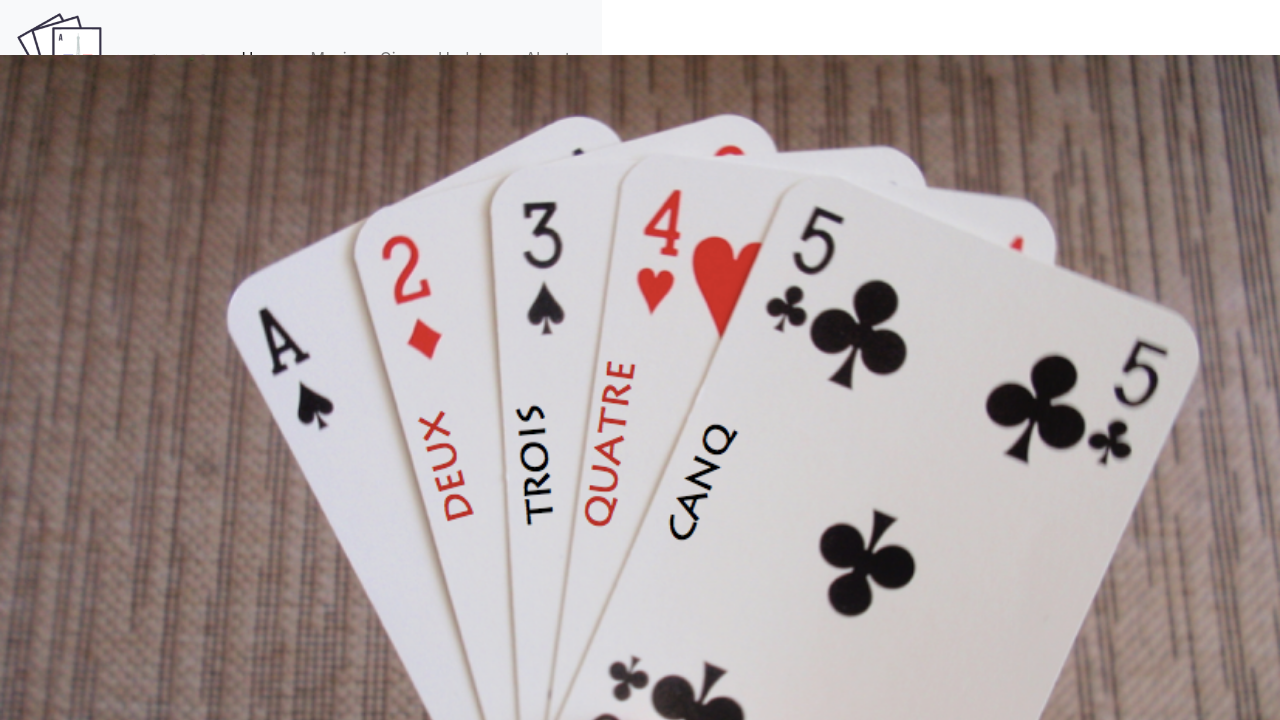
Repository: farahroslend/memofrancais
Page: landingPage.html
The author's editor kept a record of every edit. The page is drawn from the files as they stood at one moment, then again after the next edit.
The browser window is 1280 px wide. The pictures show the whole page.

Above is the page before.
Not found: css/styler.css

After the next edit:
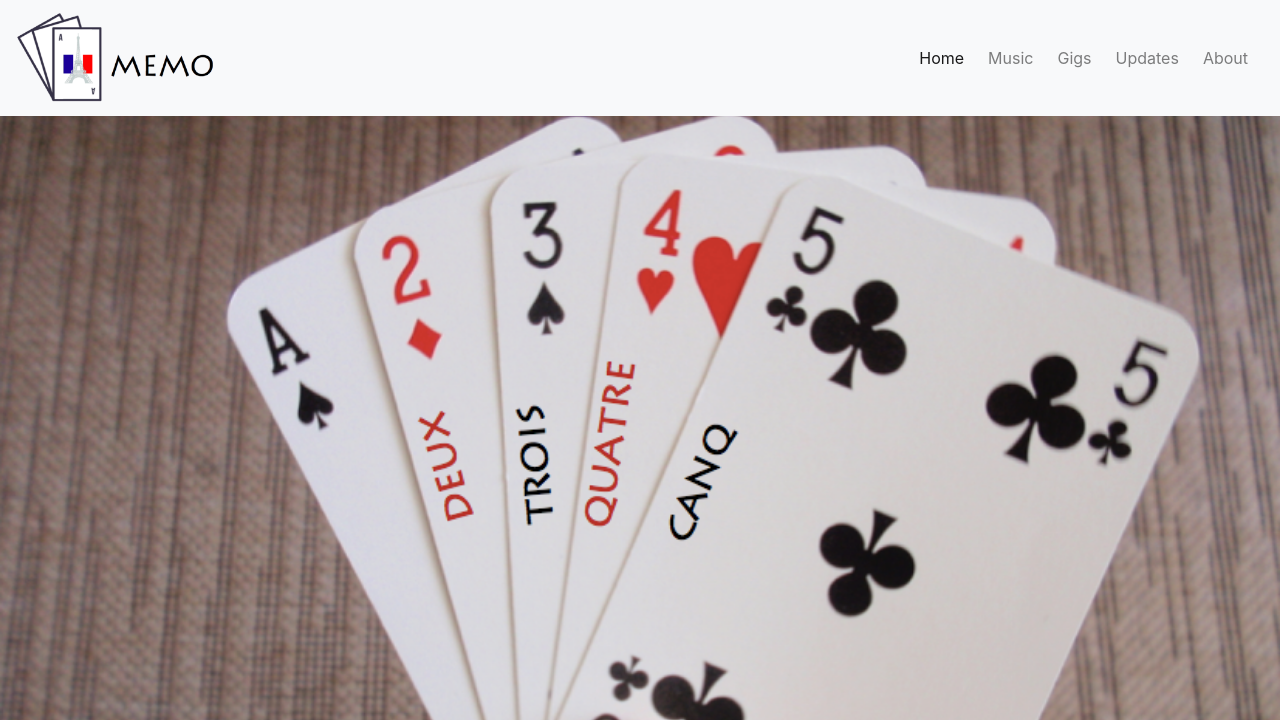
The edit:
--- a/landingPage.html
+++ b/landingPage.html
@@ -34,8 +34,11 @@
             position: relative;
         }
 
-        .navfixed {
+        .navbar {
+            width: 100vw;
             position: fixed;
+            z-index: 2;
+
         }
     </style>
 
